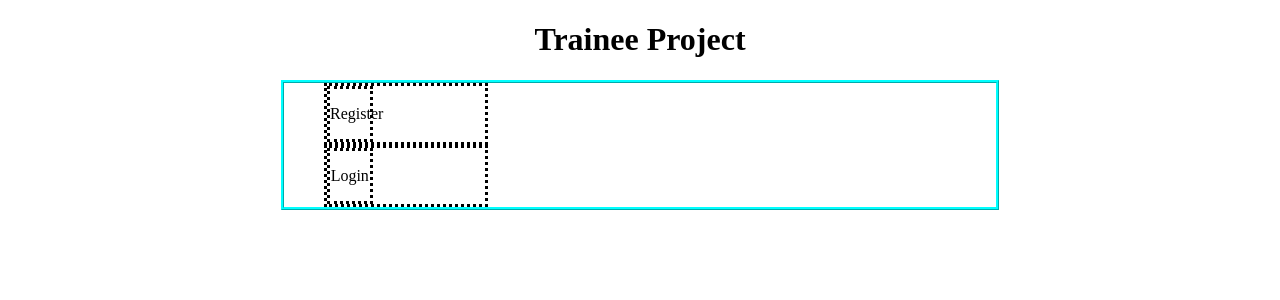
Repository: LsCodeMaster/Training
Page: Trainee/WebContent/trainee.html
These files come from the project's save history. The page is drawn as it stood at one moment and after the next save; the edit follows.
The browser window is 1280 px wide. The pictures show the whole page.

Above is the page before, as saved 2015-09-15 09:54:09.

After the next save:
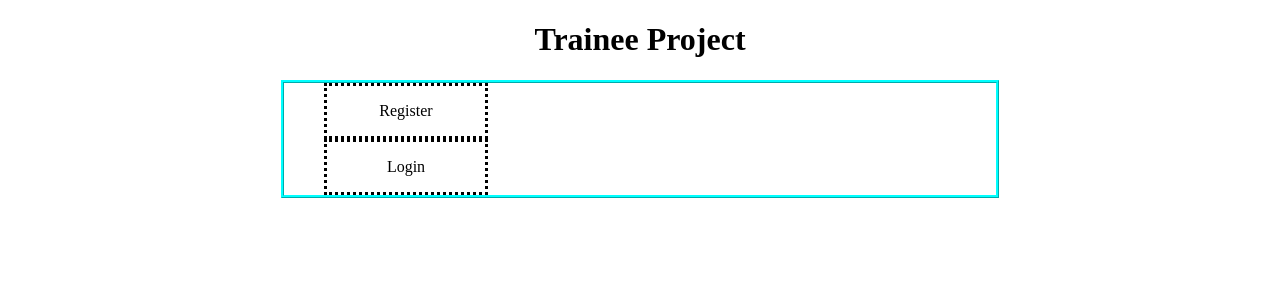
Saved 10 s later.
--- a/Trainee/WebContent/css/style.css
+++ b/Trainee/WebContent/css/style.css
@@ -9,7 +9,7 @@
 	div{
 	}
 }
-.centeredBox div{
+.centeredBox .loginType{
 	width: 25%;
 	border-style: dotted;
 	text-align: center;
